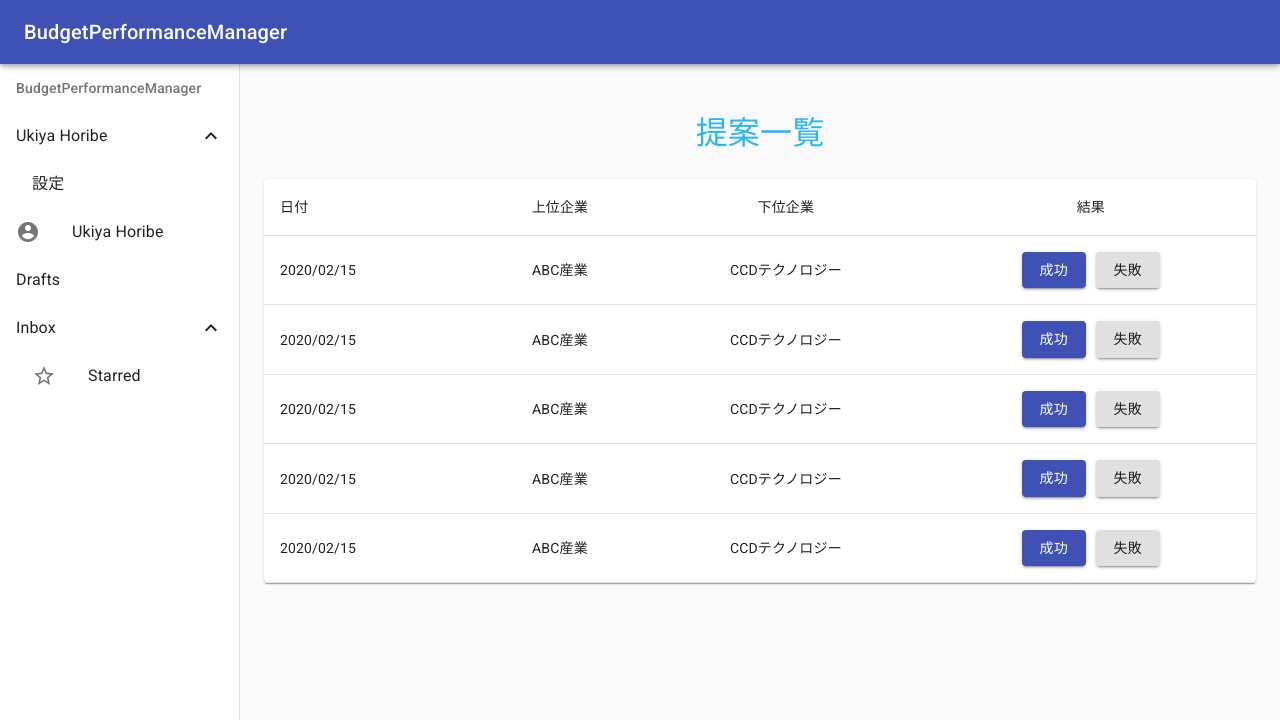
Repository: ukiyah/test
Page: / (app in src/)
An editor plug-in stored every save of this project. The page is shown before and after the next save, followed by the edit.
The browser window is 1280 px wide. The pictures show the whole page.
The project was rebuilt for these pictures with package versions that can differ from the ones it lists, and the page was loaded fresh each time. Also part of the build but not shown: src/material-dashboard-react.js, src/Navbars/ref_AdminNavbarLinks/customInputStyle.js, src/Navbars/ref_AdminNavbarLinks/CustomInput.js, src/Navbars/ref_AdminNavbarLinks/buttonStyle.js, src/Navbars/ref_AdminNavbarLinks/Button.js, src/Navbars/ref_AdminNavbarLinks/dropdownStyle.js, src/Navbars/ref_AdminNavbarLinks/headerLinksStyle.js, src/Navbars/AdminNavbarLinks.js and 4 more.

Above is the page before, as saved 2020-02-21 13:28:01.

After the next save:
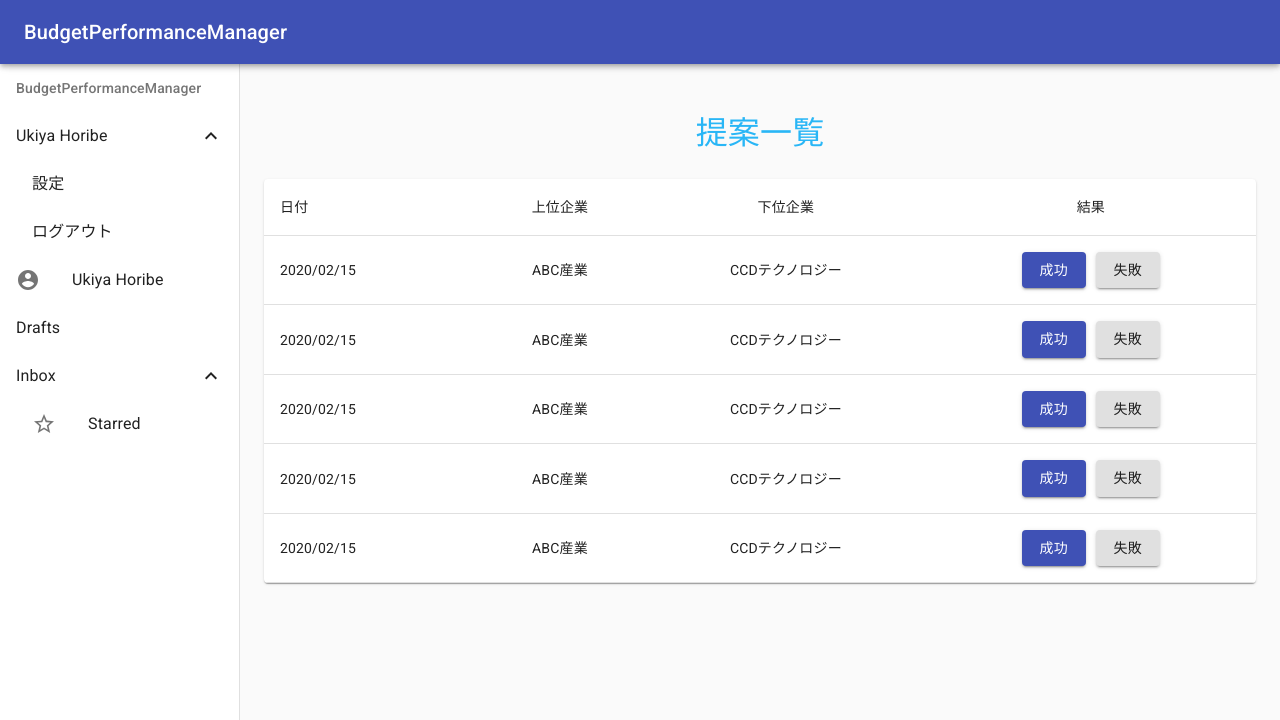
Saved 33 s later.
--- a/src/NestedList.js
+++ b/src/NestedList.js
@@ -61,6 +61,12 @@ export default function NestedList() {
             </ListItemIcon> */}
             <ListItemText primary="設定" />
           </ListItem>
+          <ListItem button className={classes.nested}>
+            {/* <ListItemIcon>
+              <StarBorder />
+            </ListItemIcon> */}
+            <ListItemText primary="ログアウト" />
+          </ListItem>
         </List>
       </Collapse>
       <ListItem button>
